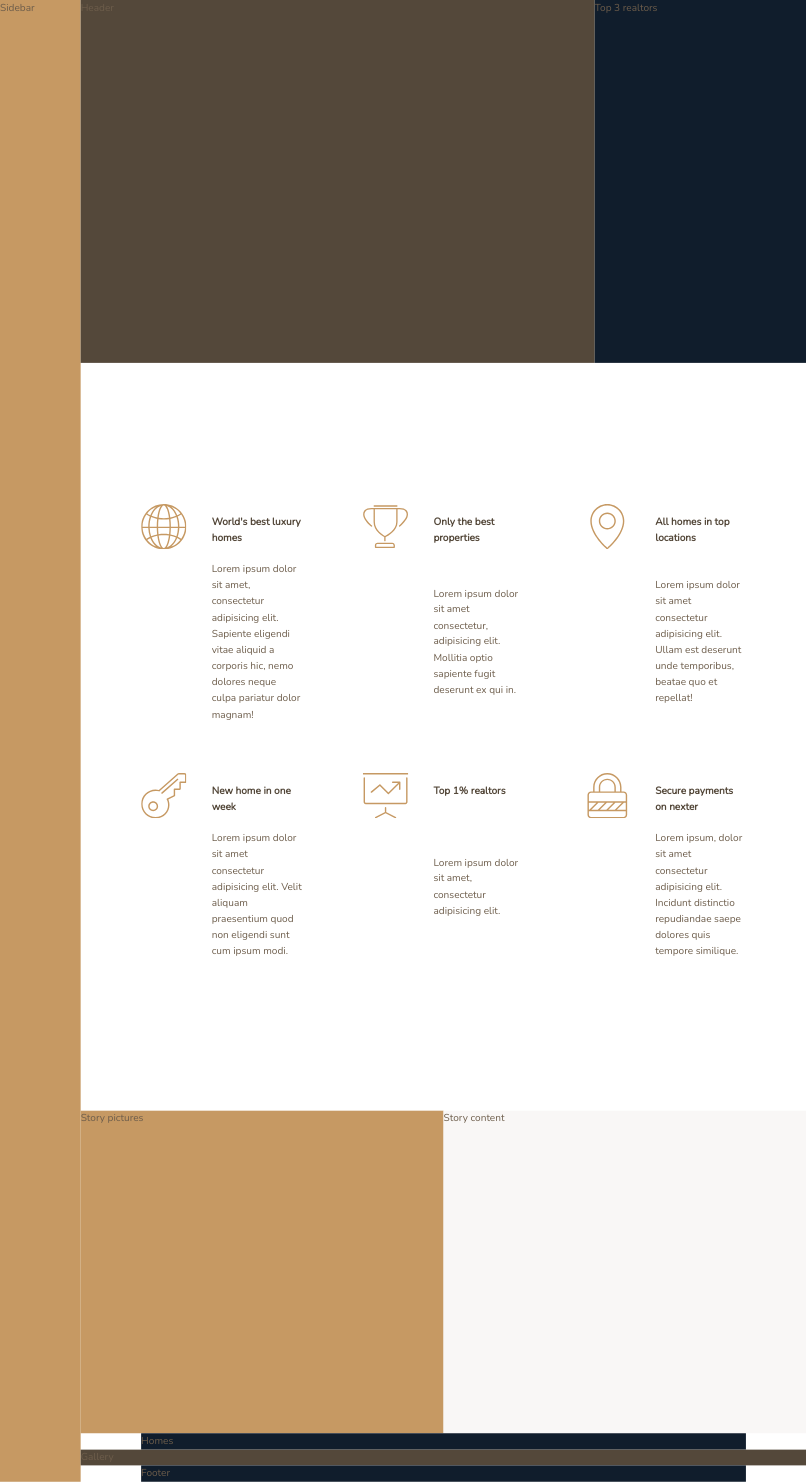
Repository: achwesiuk/nexter
Page: index.html
The author's editor kept a copy of each file at every save. The page is drawn from the files as they stood at one save, then again after the next save.
The browser window is 1280 px wide. The pictures show the whole page, at 63% of full size.
The style sheet was rebuilt from its Sass, Less or Tailwind sources for each picture, by a compiler version that may differ from the author's.

Above is the page before, as saved 2021-02-23 10:10:41.

After the next save:
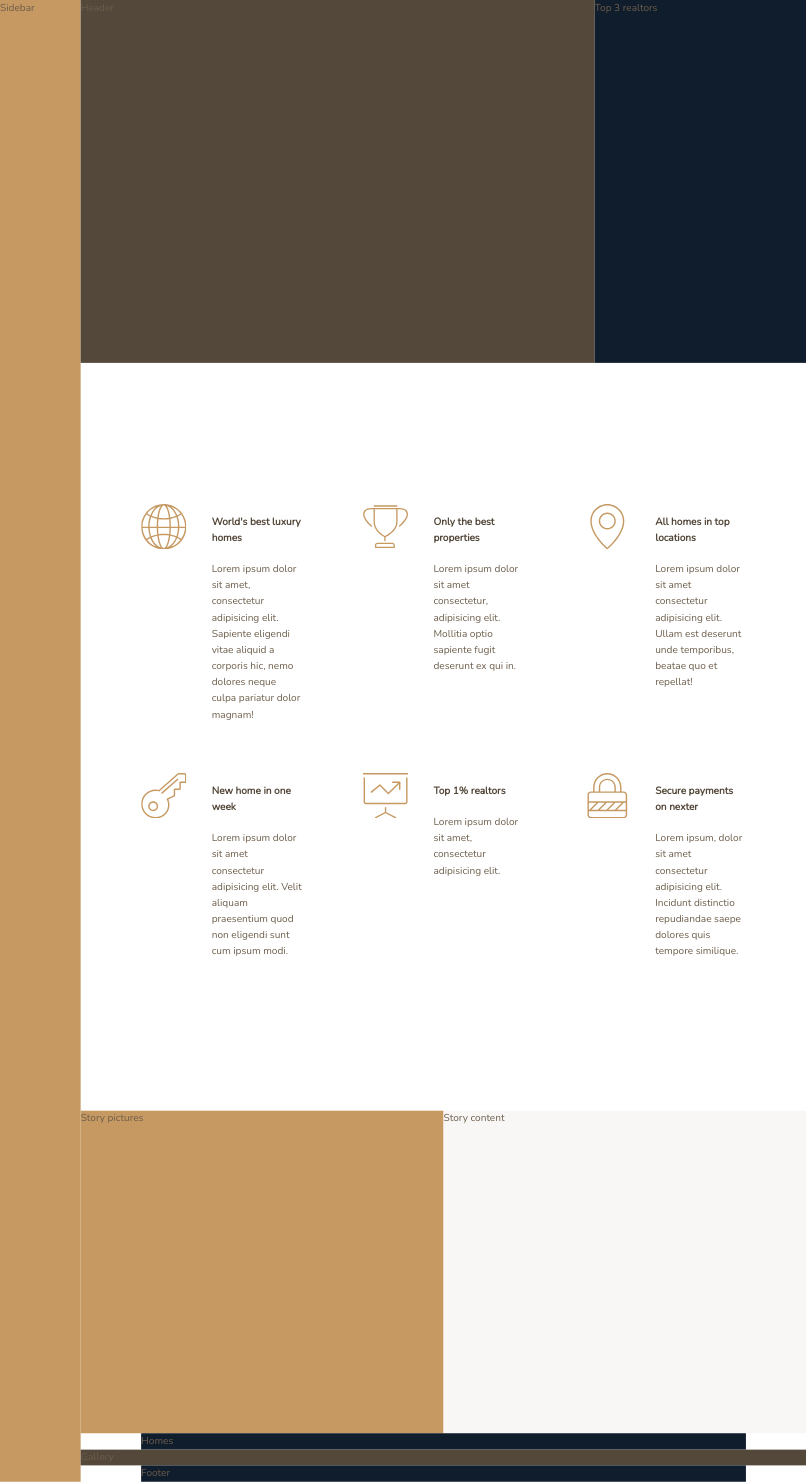
Saved 109 s later.
--- a/sass/_features.scss
+++ b/sass/_features.scss
@@ -7,6 +7,7 @@
     grid-template-columns: repeat(3, 1fr);
     //grid-template-rows: auto auto; niepotrzebne, ponieważ wiersze i tak układają się w ten sposób
     grid-gap: 6rem;
+    align-items: start;
 }
 
 .feature {
@@ -16,7 +17,6 @@
     //nie trzeba określać wierszy, mają mieć wielkość zawartej w nich treści
     grid-row-gap: 1.5rem;
     grid-column-gap: 2.5rem;
-    align-items: start;
 
     &__icon {
         fill: $color-primary;
